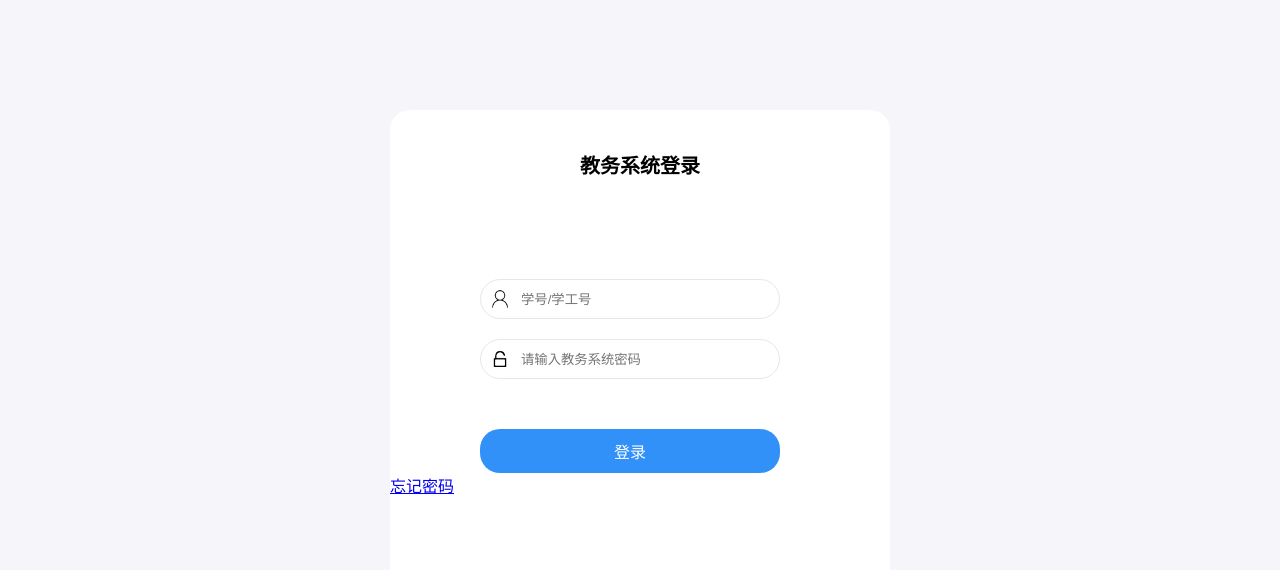
Repository: yangziteng/System
Page: / (app in myreact/)
These files come from the project's save history. The page is drawn as it stood at one moment and after the next save; the edit follows.
The browser window is 1280 px wide. The pictures show the whole page.
The project was rebuilt for these pictures with package versions that can differ from the ones it lists, and the page was loaded fresh each time. Also part of the build but not shown: myreact/vite.config.js, myreact/src/App.css, myreact/src/App.jsx, myreact/src/log.jsx.

Above is the page before, as saved 2022-07-08 15:00:36.

After the next save:
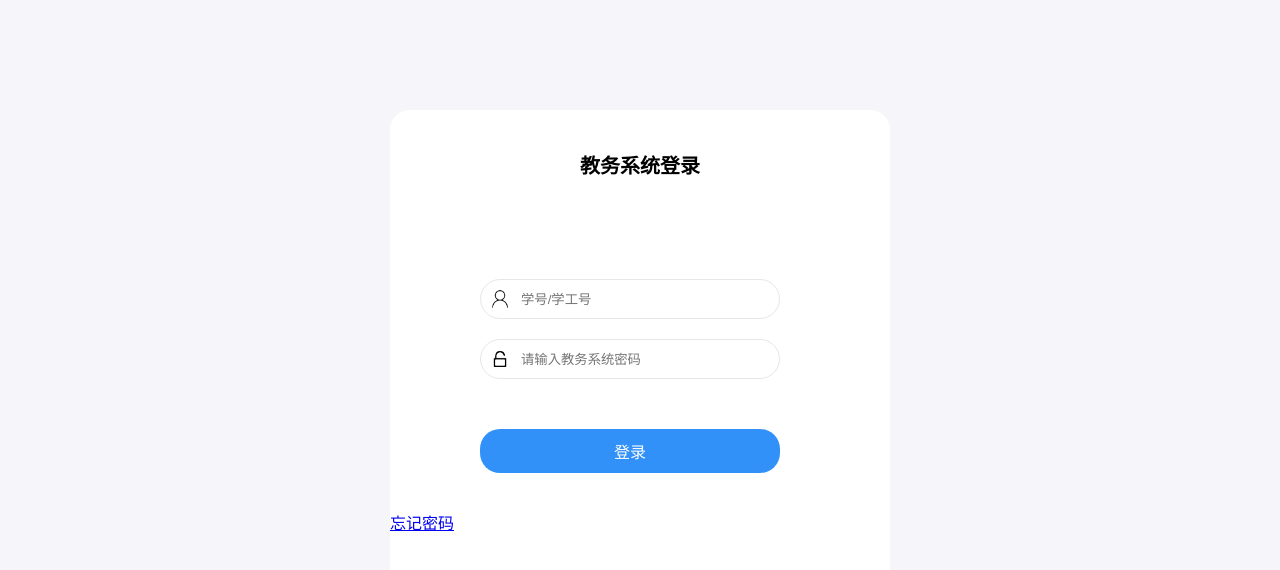
Saved 9 s later.
--- a/myreact/src/pages/Login/Login.css
+++ b/myreact/src/pages/Login/Login.css
@@ -70,5 +70,6 @@
     margin-top:50px;
 }
 .end{
-    position: absolute
+    position: absolute;
+    top:400px
 }
